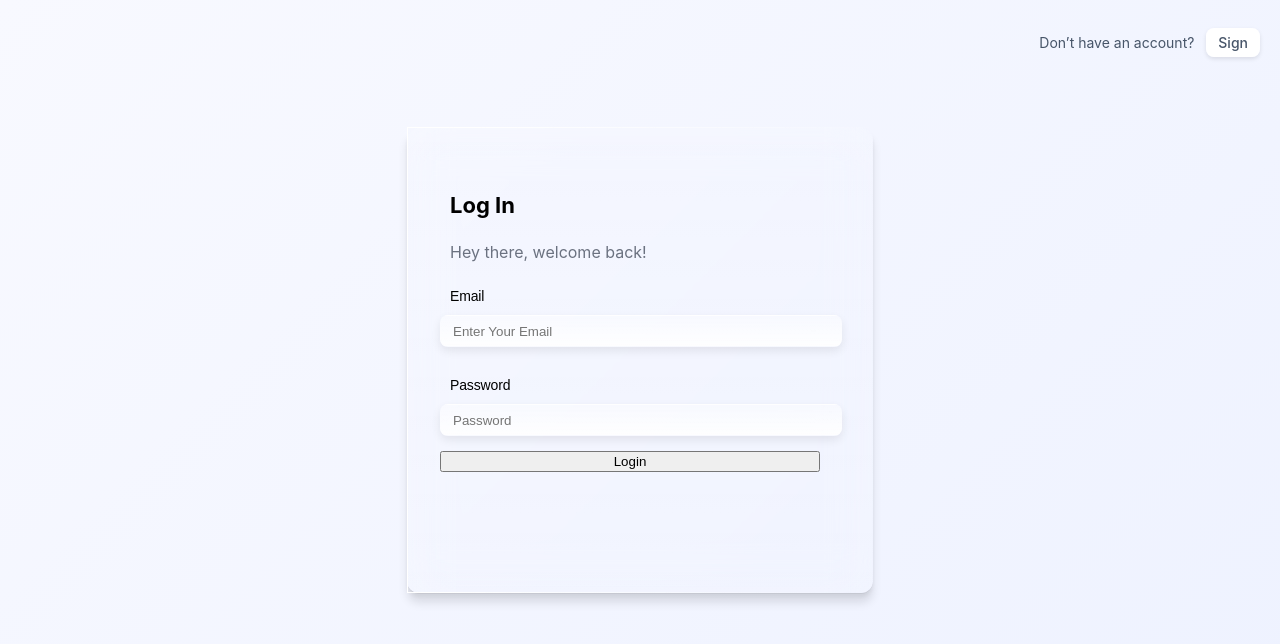
Repository: AfifaNoor/Admin_Panel-React-
Page: /
The author's editor kept a copy of each file at every save. The page is drawn from the files as they stood at one save, then again after the next save.
The browser window is 1280 px wide. The pictures show the whole page.
The project was rebuilt for these pictures with package versions that can differ from the ones it lists, and the page was loaded fresh each time. Also part of the build but not shown: src/SignUp.jsx.

Above is the page before, as saved 2025-07-10 17:54:44.

### src/App.js
import React from 'react'
import LoginPage from './LoginPage'
import { RouterProvider } from 'react-router-dom'
import Router from './Router'

const App = () => {
  return (
    <>
      {/* <RouterProvider router={Router}/> */}
      <LoginPage/>
    </>


  )
}

export default App

### src/LoginPage.jsx
import React, { useState } from 'react'
// import {Navigate, useNavigate} from 'react-router-dom';
import "./LoginPage.css"
import { ToastContainer, toast } from 'react-toastify';
import 'react-toastify/dist/ReactToastify.css';

const LoginPage = () => {
    const[email , setEmail]=useState('')
    const [password , setPassword] = useState('')
    // const navigate= useNavigate();

const handleSubmit =(e)=>{
    e.preventDefault();

 const hardcoreMail="login@gmail.com";
 const hardcorePassword = '1234567'

    if (email=== hardcoreMail && password === hardcorePassword){
        alert("Login Successfull")

    }else{
        alert("Invalid Credential")
    }

}



  return (
 <div className="login-container">

      <div className="signup-redirect">
        <p>
          Don’t have an account?{' '}
          {/* <span className="signup-link" onClick={() => navigate('/sign-up')}> */}
            {/* Sign Up */}
          {/* </span> */}
          <span className="signup-link" >
            Sign
          </span>
        </p>
      </div>



    <div>



    </div>

      <form className="login-form" onSubmit={handleSubmit}>
      <div className="title">
        <h1>Log In</h1>
        <p>Hey there, welcome back!</p>
      </div>
      <label className='form-label'>Email</label>
        <input
          type="email"
          className="form-input"
          value={email}
          placeholder="Enter Your Email"
          onChange={(e) => setEmail(e.target.value)}
          required
        />

        <label className='form-label'>Password</label>
        <input
          type="password"
          className="form-input"
          placeholder="Password"
          value={password}
          onChange={(e) => setPassword(e.target.value)}
          required
        />

        <button className="login-btn" type="submit">
          Login
        </button>

        {/* <ToastContainer /> */}
      </form>
    </div>
  );
}

export default LoginPage

### src/Router.jsx
import React from 'react';
import { createBrowserRouter , createRoutesFromElements , Route } from 'react-router-dom';
import LoginPage from './LoginPage';
import SignUp from './SignUp';

const Router = createBrowserRouter(
  createRoutesFromElements(
    <>

      <Route path='/sign-up' element={<SignUp/>}/>
      <Route path='login-page' element={<LoginPage/>}/>
    </>
  )
)

export default Router;

### src/LoginPage.css
.login-container {
  width: 100%;
  height: 100vh;
  /* background: #FFFFFF; */
  opacity: 1;
  transform: rotate(0deg);
  display: flex;
  justify-content: center;
  align-items: center;
  background: linear-gradient(135deg, #f8f9ff, #eef2ff);
  flex-direction: column;
  /* font-family: 'Inter','sans-serif'; */
  position: relative;


}
.signup-redirect {
  position: absolute;
  top: 20px;
  right: 20px;
  font-size: 14px;
  color: #475569;
}

.signup-link {
  background: #ffffff;
  border-radius: 8px;
  padding: 6px 12px;
  margin-left: 8px;
  box-shadow: 0 2px 4px rgba(0,0,0,0.1);
  cursor: pointer;
  font-weight: 500;
  transition: all 0.3s ease;
}

.signup-link:hover {
  background: #f0f0f0;
}




.login-form{
  width: 400px;
  height: 400px;
  /* position: absolute; */
  /* top: 150.5px; */
  /* left: 482px; */
  border-radius: 12px;
  padding: 32px;
  gap: 10px;
  opacity: 1;
  flex-direction: column;

  z-index: 2;

  background: linear-gradient(180deg, rgba(255, 255, 255, 0) -9.58%, rgba(255, 255, 255, 0.052) 100%);
  border: 1px solid transparent;
  border-image-source: linear-gradient(93.78deg, #FFFFFF 8.04%, rgba(255, 255, 255, 0) 100%);
  border-image-slice: 1;


-webkit-backdrop-filter: blur(20px);
backdrop-filter: blur(20px);

box-shadow:
  0px 10px 10px 0px rgba(0, 0, 0, 0.10),
  0px 4px 4px 0px rgba(0, 0, 0, 0.05),
  0px 1px 0px 0px rgba(0, 0, 0, 0.05),
  inset 0px 20px 50px 0px rgba(255, 255, 255, 0.15);

}

.title{
  z-index: 3;
  width: 380px;
  height: 72px;
  opacity: 1;
  gap: 10px;
  padding: 10px;
  /* margin-bottom: 550px; */
  /* box-shadow: 0 4px 12px rgba(0, 0, 0, 0.1); */
  margin-bottom: 20px;


}

.title h1 {
width: 380px;
height: 40px;
font-family: 'Inter', sans-serif;
font-weight: 600px;
font-size: 22px;
line-height: 40px;
letter-spacing: -1%;
margin-bottom: 8px;
}

.title p{
  font-size: 16px;
  font-style: Inter;
  font-weight: 400px;
  font-style:normal;
  line-height: 22px;
  /* letter-spacing: -1%; */
  color: rgba(107, 114, 128, 1);
  margin-bottom: 24px;
  /* margin-bottom: 5px; */

}

.form-label{
width: 380px;
height: 22px;
transform: rotate(0deg);
opacity: 1;
gap: 12px;
text-align: left;
font-family: 'Intern',sans-serif;
font-weight: 500px;
font-size: 14px;
line-height: 22px;
letter-spacing: -0.01em;
color:black;
border: none;
border-radius: 6px;
padding: 3px 10px;
cursor: pointer;
display: inline-flex;
/* align-items: left; */
justify-content: left;
margin-top: 10px;
margin-bottom: 5px;

}

.form-input{

  width: 380px;
  height: 20px;
  min-width: 140px;
  max-width: 500px;
  transform: rotate(0deg);
  opacity: 1;
  border-radius: 8px;
  border-width: 1px;
  padding: 5px 8px 5px 12px;
  gap: 8px;
  margin-bottom: 14px;

  background: linear-gradient(0deg, rgba(255, 255, 255, 0.9) 0%, rgba(255, 255, 255, 0.4) 100%);
  border: 1px solid transparent; /* fallback for border-image */

  border-image:
    linear-gradient(0deg, rgba(255, 255, 255, 0.1), rgba(255, 255, 255, 0.1)),
    linear-gradient(360deg, rgba(255, 255, 255, 0.5) 0%, rgba(255, 255, 255, 0) 100%);
  border-image-slice: 1;


  -webkit-backdrop-filter: blur(20px);
  backdrop-filter: blur(20px);
  box-shadow: 0 4px 10px rgba(0,0,0,0.08);
  cursor: pointer;
}

.login-btn{
  direction: vertical;
  width: 380px;
  height: ;
}

Loaded but not shown: public/index.html (common file); src/index.js (common file); src/index.css (common file); src/reportWebVitals.js (common file)

After the next save:
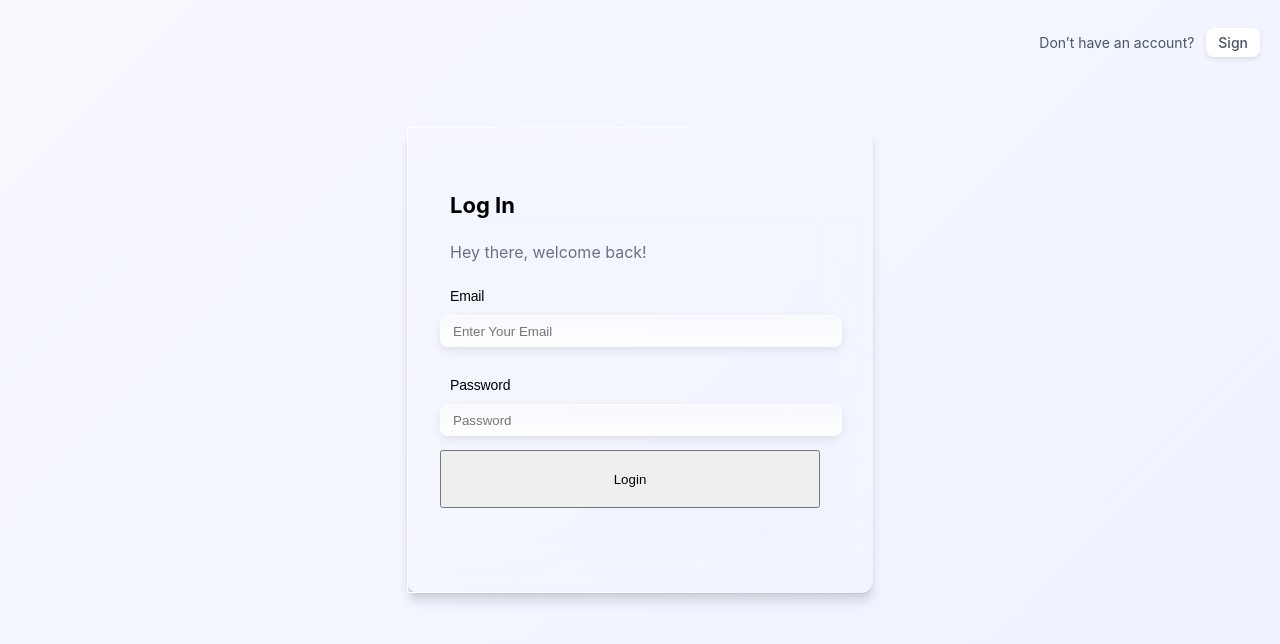
Saved 6 s later.
--- a/src/LoginPage.css
+++ b/src/LoginPage.css
@@ -166,5 +166,6 @@ margin-bottom: 5px;
 .login-btn{
   direction: vertical;
   width: 380px;
-  height: ;
+  height: 58px;
+
 }
